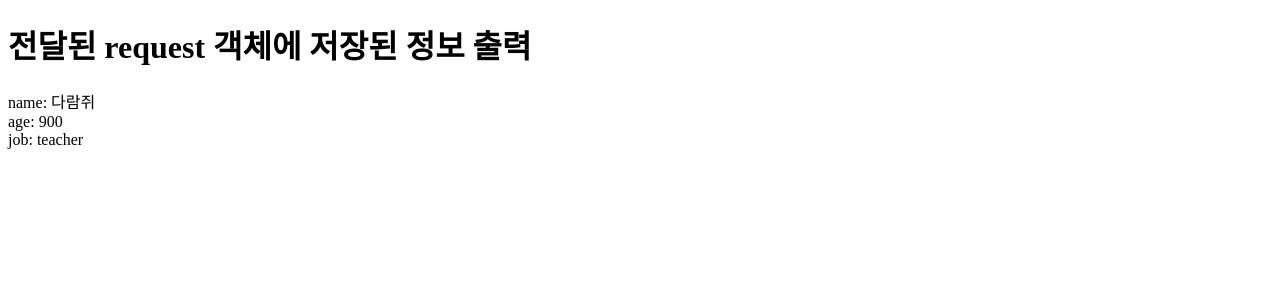
Repository: sonchanmi/JSP
Page: http://localhost/chap02-el-jstl/test1
These files come from the project's save history. The page is drawn as it stood at one moment and after the next save; the edit follows.
The browser window is 1280 px wide. The pictures show the whole page.
The page is served by Tomcat 10.

Above is the page before, as saved 2024-06-10 05:09:13.

After the next save:
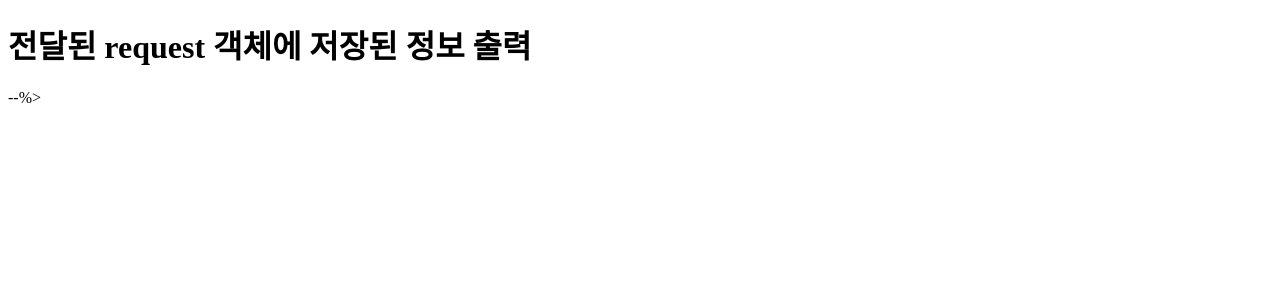
Saved 42 s later.
--- a/chap02-el-jstl/src/main/webapp/views/el/testEl1.jsp
+++ b/chap02-el-jstl/src/main/webapp/views/el/testEl1.jsp
@@ -8,9 +8,9 @@
 </head>
 <body>
    <h1>전달된 request 객체에 저장된 정보 출력</h1>
-   <%--
+   <%-- <%--
 
-   <%
+     <%
      String name = (String) request.getAttribute("name");
      int age = (Integer) request.getAttribute("age");
      String job = (String) request.getAttribute("job");
@@ -19,10 +19,11 @@
    name: <%= name %><br>
    age: <%= age %><br>
    job: <%= job %><br>
-   --%>
 
-   name: ${requestScope.name }<br>
+   --%> --%>
+
+ <%--   name: ${requestScope.name }<br>
    age: ${requestScope.age} <br>
-   job: ${requestScope.job}<br>
+   job: ${requestScope.job}<br> --%>
 </body>
 </html>

After the save that followed:
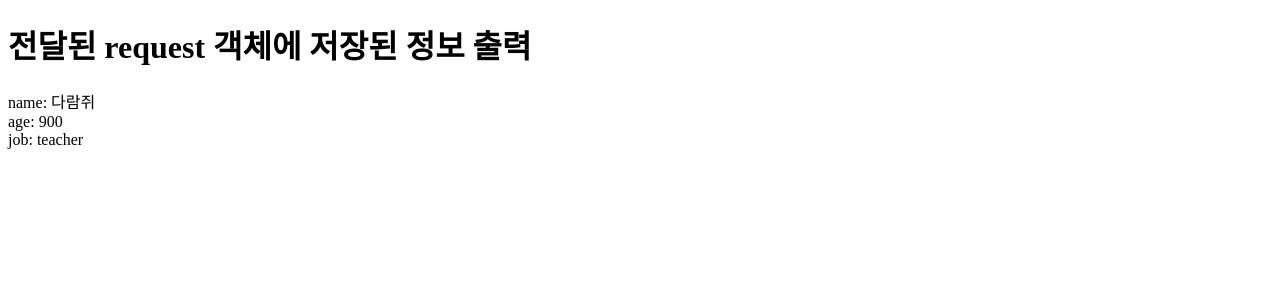
Saved 95 s later.
--- a/chap02-el-jstl/src/main/webapp/views/el/testEl1.jsp
+++ b/chap02-el-jstl/src/main/webapp/views/el/testEl1.jsp
@@ -8,9 +8,9 @@
 </head>
 <body>
    <h1>전달된 request 객체에 저장된 정보 출력</h1>
-   <%-- <%--
 
-     <%
+
+<%--      <%
      String name = (String) request.getAttribute("name");
      int age = (Integer) request.getAttribute("age");
      String job = (String) request.getAttribute("job");
@@ -19,11 +19,15 @@
    name: <%= name %><br>
    age: <%= age %><br>
    job: <%= job %><br>
+    --%>
 
-   --%> --%>
 
  <%--   name: ${requestScope.name }<br>
    age: ${requestScope.age} <br>
    job: ${requestScope.job}<br> --%>
+
+   name: ${name}<br>
+   age: ${age}<br>
+   job: ${job}<br>
 </body>
 </html>
